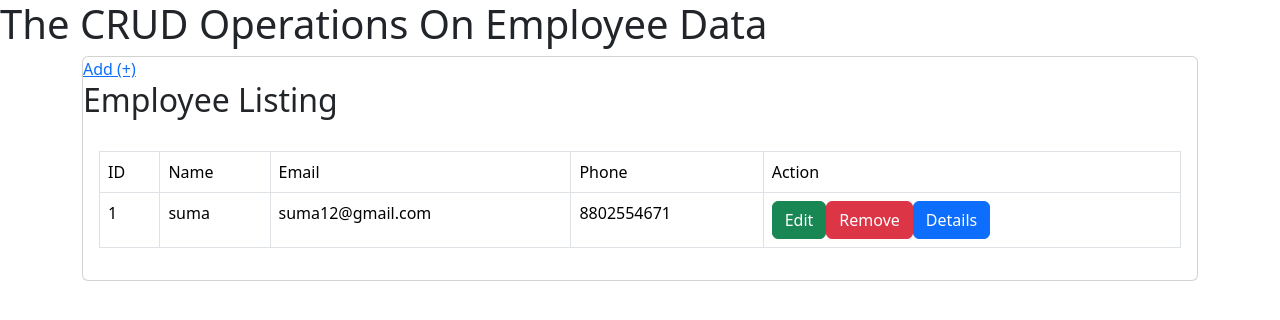
Repository: suraj-yadav7/CRUD_Emp_Data
Page: /
An editor plug-in stored every save of this project. The page is shown before and after the next save, followed by the edit.
The browser window is 1280 px wide. The pictures show the whole page.
The project was rebuilt for these pictures with package versions that can differ from the ones it lists, and the page was loaded fresh each time. Requests to the local data server were answered from the project's data file. Also part of the build but not shown: src/App.css, src/components/EmpCreate.jsx, src/components/EmpDetails.jsx, src/components/EmpEdit.jsx.

Above is the page before, as saved 2023-06-11 12:14:09.

After the next save:
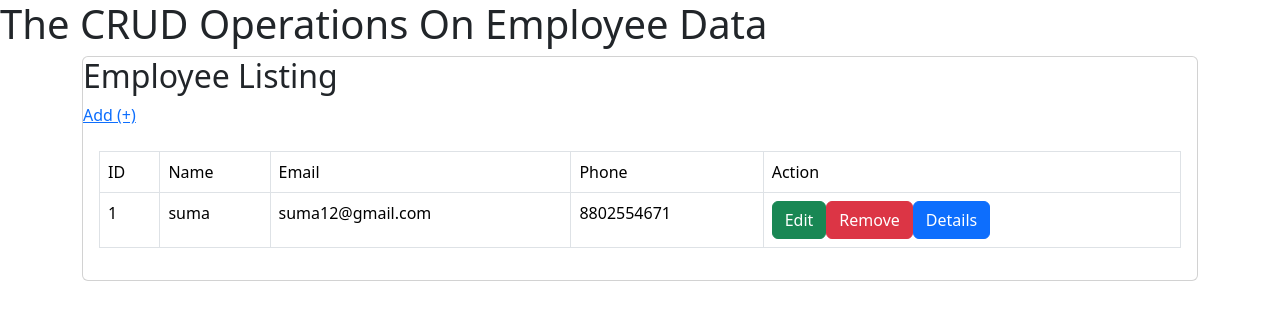
Saved 10 s later.
--- a/src/components/Employee.jsx
+++ b/src/components/Employee.jsx
@@ -13,9 +13,9 @@ const Employee = () => {
     <>
       <div className='container'>
         <div className='card'>
-        <div ><Link>Add (+)</Link></div>
             <div className='card-title'>
                 <h2>Employee Listing</h2>
+        <div ><Link>Add (+)</Link></div>
             </div>
             <div className='card-body'>
                 <table className='table table-bordered'>
